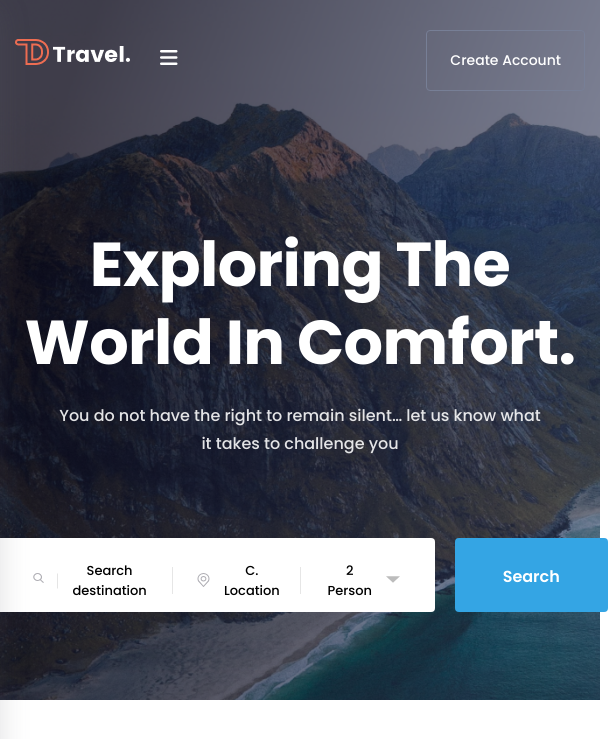
Repository: hoang0508/LandingPage-CodeTravel2
Page: index.html
These files come from the project's save history. The page is drawn as it stood at one moment and after the next save; the edit follows.
The browser window is 600 px wide. The page is 608 px wide, so the pictures cover 608 px, including what lies to the right of the window. The pictures show the whole page.
Some web libraries are served in a nearby version. The style sheet was rebuilt from its Sass, Less or Tailwind sources for each picture, by a compiler version that may differ from the author's.

Above is the page before, as saved 2022-09-16 14:48:17.

After the next save:
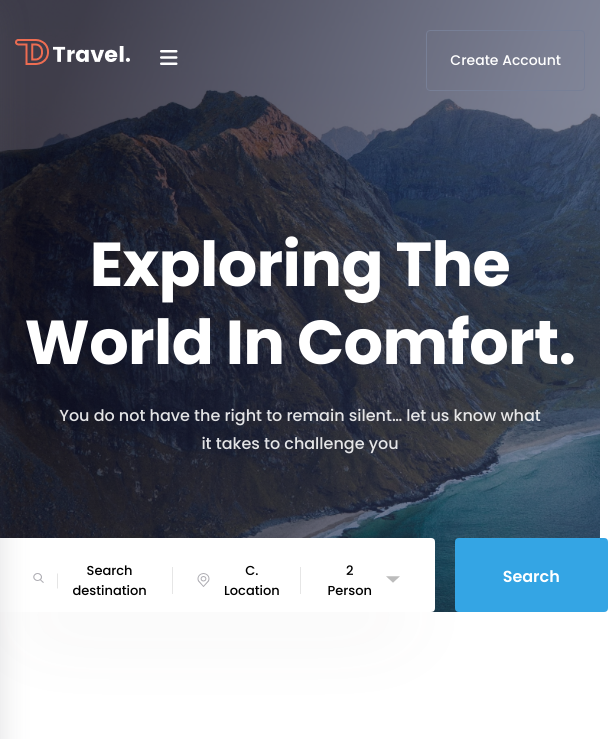
Saved 4 s later.
--- a/sass/_header.scss
+++ b/sass/_header.scss
@@ -129,6 +129,8 @@
 }
 
 // reponsive Header
+
+// Tablet
 @media screen and (max-width: 1023.98px) {
   .header {
     min-height: 700px;
@@ -173,3 +175,13 @@
     }
   }
 }
+
+// Phone
+@media screen and (max-width: 767.98px) {
+  .header {
+    min-height: 500px;
+    &-menu--list {
+      max-width: 300px;
+    }
+  }
+}
